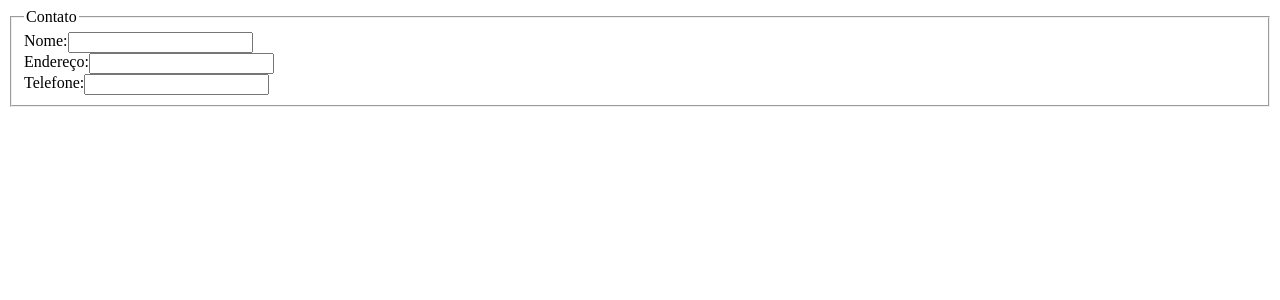
Repository: daniloserafim/trilha-backend-senai
Page: exemploServlet/WebContent/contato.html
An editor plug-in stored every save of this project. The page is shown before and after the next save, followed by the edit.
The browser window is 1280 px wide. The pictures show the whole page.

Above is the page before, as saved 2022-05-31 22:43:40.

After the next save:
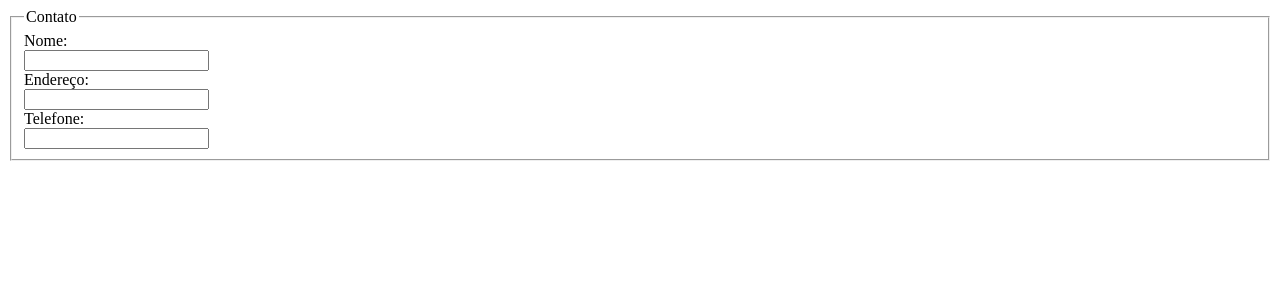
Saved 2 min 33 s later.
--- a/exemploServlet/WebContent/contato.html
+++ b/exemploServlet/WebContent/contato.html
@@ -10,7 +10,7 @@
 		<fieldset>
 			<legend>Contato</legend>
 			<div class="form-box">
-				<div class="nome-box" style="display: flex; flex-direction: row;">
+				<div class="nome-box item-box">
 					<div class="nome-title">
 						<label>Nome:</label>
 					</div>
@@ -18,7 +18,7 @@
 						<input required>
 					</div>
 				</div>
-				<div class="endereco-box" style="display: flex; flex-direction: row;">
+				<div class="endereco-box item-box">
 					<div class="endereco-title">
 						<label>Endereço:</label>
 					</div>
@@ -26,7 +26,7 @@
 						<input required>
 					</div>
 				</div>
-				<div class="telefone-box" style="display: flex; flex-direction: row;">
+				<div class="telefone-box item-box">
 					<div class="telefone-title">
 						<label>Telefone:</label>
 					</div>
